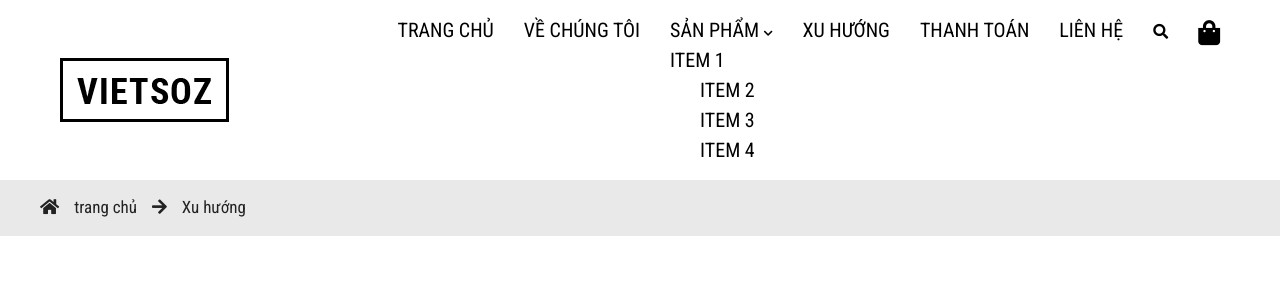
Repository: vinhtk0209/Vietsoz-reponsive
Page: index.html
These files come from the project's save history. The page is drawn as it stood at one moment and after a run of saves; the edit follows.
The browser window is 1280 px wide. The pictures show the whole page.

Above is the page before, as saved 2021-10-23 17:05:52.

### index.html
<!DOCTYPE html>
<html lang="en">
  <head>
    <meta charset="UTF-8" />
    <meta http-equiv="X-UA-Compatible" content="IE=edge" />
    <meta name="viewport" content="width=device-width, initial-scale=1.0" />
    <link rel="stylesheet" href="assets/css/reset.css" />
    <link rel="stylesheet" href="assets/css/global.css" />
    <link rel="stylesheet" href="assets/css/main.css" />
    <link rel="stylesheet" href="assets/fontawesome/css/all.css" />
    <link rel="stylesheet" href="assets/css/reponsive.css">
    <link rel="preconnect" href="https://fonts.googleapis.com" />
    <link rel="preconnect" href="https://fonts.gstatic.com" crossorigin />
    <link
      href="https://fonts.googleapis.com/css2?family=Roboto:ital,wght@0,100;0,300;0,400;0,500;0,700;0,900;1,100;1,300;1,400;1,500;1,700;1,900&display=swap"
      rel="stylesheet"
    />
    <link rel="preconnect" href="https://fonts.googleapis.com" />
    <link rel="preconnect" href="https://fonts.gstatic.com" crossorigin />
    <link
      href="https://fonts.googleapis.com/css2?family=Roboto+Condensed:ital,wght@0,300;0,400;0,700;1,300;1,400;1,700&display=swap"
      rel="stylesheet"
    />
    <div id="fb-root"></div>
    <script
      async
      defer
      crossorigin="anonymous"
      src="https://connect.facebook.net/vi_VN/sdk.js#xfbml=1&version=v11.0"
      nonce="ecJjSUD8"
    ></script>
    <title>VIESOZ</title>
  </head>

  <body>
    <!-- wrapper starts -->
    <div class="wrapper">
      <!-- header starts -->
      <header class="header">
        <div class="container">
          <div
            class="wp-header-top d-flex align-i-center justify-content-between"
          >
            <div class="header-banner">
              <img src="assets/images/logo.png" alt="" />
            </div>
            <nav class="header-main-menu">
              <ul class="d-flex main-menu">
                <li><a href="">trang chủ</a></li>
                <li><a href="">về chúng tôi</a></li>
                <li class="product-have-menu">
                  <a href=""
                    >sản phẩm
                    <span class="arrow-down"
                      ><i class="fas fa-chevron-down"></i></span
                  ></a>
                  <ul class="sub-meu">
                    <li><a href="">Item 1</a></li>
                    <li><a href="">Item 2</a></li>
                    <li><a href="">Item 3</a></li>
                    <li><a href="">Item 4</a></li>
                  </ul>
                </li>
                <li><a href="">xu hướng</a></li>
                <li><a href="">thanh toán</a></li>
                <li><a href="">liên hệ</a></li>
                <li>
                  <a href=""
                    ><span class="search"><i class="fas fa-search"></i></span
                  ></a>
                </li>
                <li>
                  <a href="" class="shopping-cart"
                    ><span class="icon-cart"
                      ><i class="fas fa-shopping-bag"></i></span
                  ></a>
                </li>
              </ul>
            </nav>
          </div>
        </div>
        <div class="wp-head-extra-menu">
          <ul class="list-menu-header-extra d-flex container">
            <li>
              <a href="">
                <span class="home-icon">
                  <i class="fas fa-home"></i>
                </span>
              </a>
            </li>

            <li class="home-text">
              <a href="">trang chủ</a>
            </li>
            <li>
              <a href="">
                <span class="arrow-righ">
                  <i class="fas fa-arrow-right"></i>
                </span>
              </a>
            </li>
            <li class="trend">
              <a href="">Xu hướng</a>
            </li>
          </ul>
        </div>

      </header>
      <!-- header ends -->

      <!-- content starts -->
      <!-- wp-content starts -->


      <!-- wp-content ends -->

      <!-- sidebar starts -->


      <!-- sidebar ends -->

      <!-- content ends -->

    </div>
    <!-- wrapper ends -->
  </body>
</html>

### assets/css/reset.css
/*
 * Bootstrap Reboot v4.3.1 (https://getbootstrap.com/)
 * Copyright 2011-2019 The Bootstrap Authors
 * Copyright 2011-2019 Twitter, Inc.
 * Licensed under MIT (https://github.com/twbs/bootstrap/blob/master/LICENSE)
 * Forked from Normalize.css, licensed MIT (https://github.com/necolas/normalize.css/blob/master/LICENSE.md)
 */

*,
*::before,
*::after {
    box-sizing: border-box;
}

html {
    font-family: sans-serif;
    line-height: 1.15;
    -webkit-text-size-adjust: 100%;
    -webkit-tap-highlight-color: rgba(0, 0, 0, 0);
}

article,
aside,
figcaption,
figure,
footer,
header,
hgroup,
main,
nav,
section {
    display: block;
}

body {
    margin: 0;
    font-family: -apple-system, BlinkMacSystemFont, "Segoe UI", Roboto, "Helvetica Neue", Arial, "Noto Sans", sans-serif, "Apple Color Emoji", "Segoe UI Emoji", "Segoe UI Symbol", "Noto Color Emoji";
    font-size: 1rem;
    font-weight: 400;
    line-height: 1.5;
    color: #212529;
    text-align: left;
    background-color: #fff;
}

[tabindex="-1"]:focus {
    outline: 0 !important;
}

hr {
    box-sizing: content-box;
    height: 0;
    overflow: visible;
}

h1,
h2,
h3,
h4,
h5,
h6 {
    margin-top: 0;
    margin-bottom: 0.5rem;
}

p {
    margin-top: 0;
    margin-bottom: 1rem;
}

abbr[title],
abbr[data-original-title] {
    text-decoration: underline;
    -webkit-text-decoration: underline dotted;
    text-decoration: underline dotted;
    cursor: help;
    border-bottom: 0;
    -webkit-text-decoration-skip-ink: none;
    text-decoration-skip-ink: none;
}

address {
    margin-bottom: 1rem;
    font-style: normal;
    line-height: inherit;
}

ol,
ul,
dl {
    margin-top: 0;
    margin-bottom: 1rem;
}

ol ol,
ul ul,
ol ul,
ul ol {
    margin-bottom: 0;
}

dt {
    font-weight: 700;
}

dd {
    margin-bottom: .5rem;
    margin-left: 0;
}

blockquote {
    margin: 0 0 1rem;
}

b,
strong {
    font-weight: bolder;
}

small {
    font-size: 80%;
}

sub,
sup {
    position: relative;
    font-size: 75%;
    line-height: 0;
    vertical-align: baseline;
}

sub {
    bottom: -.25em;
}

sup {
    top: -.5em;
}

a {
    color: #007bff;
    text-decoration: none;
    background-color: transparent;
}

a:hover {
    color: #0056b3;
    text-decoration: underline;
}

a:not([href]):not([tabindex]) {
    color: inherit;
    text-decoration: none;
}

a:not([href]):not([tabindex]):hover,
a:not([href]):not([tabindex]):focus {
    color: inherit;
    text-decoration: none;
}

a:not([href]):not([tabindex]):focus {
    outline: 0;
}

pre,
code,
kbd,
samp {
    font-family: SFMono-Regular, Menlo, Monaco, Consolas, "Liberation Mono", "Courier New", monospace;
    font-size: 1em;
}

pre {
    margin-top: 0;
    margin-bottom: 1rem;
    overflow: auto;
}

figure {
    margin: 0 0 1rem;
}

img {
    vertical-align: middle;
    border-style: none;
}

svg {
    overflow: hidden;
    vertical-align: middle;
}

table {
    border-collapse: collapse;
}

caption {
    padding-top: 0.75rem;
    padding-bottom: 0.75rem;
    color: #6c757d;
    text-align: left;
    caption-side: bottom;
}

th {
    text-align: inherit;
}

label {
    display: inline-block;
    margin-bottom: 0.5rem;
}

button {
    border-radius: 0;
}

button:focus {
    outline: 1px dotted;
    outline: 5px auto -webkit-focus-ring-color;
}

input,
button,
select,
optgroup,
textarea {
    margin: 0;
    font-family: inherit;
    font-size: inherit;
    line-height: inherit;
}

button,
input {
    overflow: visible;
}

button,
select {
    text-transform: none;
}

select {
    word-wrap: normal;
}

button,
[type="button"],
[type="reset"],
[type="submit"] {
    -webkit-appearance: button;
}

button:not(:disabled),
[type="button"]:not(:disabled),
[type="reset"]:not(:disabled),
[type="submit"]:not(:disabled) {
    cursor: pointer;
}

button::-moz-focus-inner,
[type="button"]::-moz-focus-inner,
[type="reset"]::-moz-focus-inner,
[type="submit"]::-moz-focus-inner {
    padding: 0;
    border-style: none;
}

input[type="radio"],
input[type="checkbox"] {
    box-sizing: border-box;
    padding: 0;
}

input[type="date"],
input[type="time"],
input[type="datetime-local"],
input[type="month"] {
    -webkit-appearance: listbox;
}

textarea {
    overflow: auto;
    resize: vertical;
}

fieldset {
    min-width: 0;
    padding: 0;
    margin: 0;
    border: 0;
}

legend {
    display: block;
    width: 100%;
    max-width: 100%;
    padding: 0;
    margin-bottom: .5rem;
    font-size: 1.5rem;
    line-height: inherit;
    color: inherit;
    white-space: normal;
}

progress {
    vertical-align: baseline;
}

[type="number"]::-webkit-inner-spin-button,
[type="number"]::-webkit-outer-spin-button {
    height: auto;
}

[type="search"] {
    outline-offset: -2px;
    -webkit-appearance: none;
}

[type="search"]::-webkit-search-decoration {
    -webkit-appearance: none;
}

::-webkit-file-upload-button {
    font: inherit;
    -webkit-appearance: button;
}

output {
    display: inline-block;
}

summary {
    display: list-item;
    cursor: pointer;
}

template {
    display: none;
}

[hidden] {
    display: none !important;
}


/*# sourceMappingURL=bootstrap-reboot.css.map */

### assets/css/global.css
/* .text-center{
    text-align: center;
}
.text-left{
    text-align: left;
}
.text-right{
    text-align: right;
}
.float-left{
    float:left;

}
.float-right{
    float:right;
}
.container{
    width:1150px;
    margin:0px auto;


}
.flex-space{
    display:flex;
    justify-content:space-between;
}
.align-i-center{
    align-items: center;
}
.mg-top-30{
    margin-top: 30px;
}
.mg-top-22{
    margin-top: 22px;
}
.d-flex{
    display:flex;
}
.bg-black{

    background-color: #131619;
}
.pt-10{
    padding-top: 10px;
} */
.container {
    max-width: 1200px;

    margin: 0px auto;
    /* display:flex; */

}

.justify-content-between {
    justify-content: space-between;
}

.d-flex {
    display: flex;
}

.jus-between {
    justify-content: space-between;
}

.align-i-center {
    align-items: center;
}

.mg-bottom-80 {
    margin-bottom: 80px;
}

.fl-basics-30 {
    flex-basis: 30%;
}

.pd-top-40 {
    padding-top: 40px;
}
.pd-top-10{
    padding-top:10px;
}
.text-center {
    text-align: center;
}

### assets/css/main.css
* {
    margin: 0;
    padding: 0;
}

body {
    /* font-family: 'Roboto', sans-serif; */
    line-height: 1.5;
}

ul {
    list-style-type: none;
    margin-bottom: 0px;
}

p,
h1,
h2,
h4 {
    margin-bottom: 0px;
}

.header {
    font-family: 'Roboto Condensed', sans-serif;
    margin-bottom: 45px;
    padding:15px 0;
   position: relative;

}

.wp-header-top {
    width: 100%;
    /* display:flex; */
    /* min-height: 110px; */
    margin-bottom: 15px;
    padding:0 20px;
}

.header-main-menu ul li:not(:first-child) {
    padding-left: 30px;
}
ul.sub-menu{
    display:flex;
}
.header-main-menu ul li a {
    text-decoration: none;

    font-size: 20px;
    text-transform: uppercase;
    font-weight: 400;
    color: #000000;

}

.header-main-menu ul li a span.arrow-down {
    font-size: 10px;
}

.header-main-menu ul li a span.search {
    font-size: 15px;
}

.header-main-menu ul li a span.icon-cart {
    font-size: 25px;
}




.wp-head-extra-menu {
    background-color: #e9e9e9;
    min-height: 50px;
    padding:0 20px;
}

ul.list-menu-header-extra li:not(:first-child) {
    padding-left: 15px;
}

ul.list-menu-header-extra li {
    padding: 15px 0px;

}

ul.list-menu-header-extra {
    margin-bottom: 0px;
}

ul.list-menu-header-extra li a {
    text-decoration: none;
    font-size: 17px;
    color: #222222;
    font-weight: 400;
    box-sizing: border-box;
}


#content {
    font-family: 'Roboto', sans-serif;
}

.wp-content-news {
    max-width: 820px;

}

.wp-content-news ul.list-news li {
    display: flex;
    min-height: 227px;
    padding-bottom: 15px;
    border-bottom: 1px solid #a69e9e;
    margin-bottom: 20px;
    overflow: hidden;
}

.wp-content-news ul.list-news li:last-child {
    border: none;

}
.wp-content-news ul.list-news .image-news a{
    display:block;
    transition:transform 1s;

}
.wp-content-news ul.list-news .image-news a:hover{
    transform: scale(1.05);
}
.wp-content-news ul.list-news li .more-info a.title {
    padding-bottom: 15px;
    font-size: 24px;
    font-weight: 500;
    color: #333333;
    text-decoration: none;
}

.wp-content-news ul.list-news li .more-info p.date {
    font-size: 13px;
    color: #a69e9e;
    font-weight: 300;
}

.wp-content-news ul.list-news li .more-info p.content {
    padding-top: 25px;
    font-size: 14px;
    font-weight: 400;
    margin-bottom: 0px;
    color: #777777;

}

.wp-content-news ul.list-news li {
    font-weight: 400;
}

.wp-content-news ul.list-news li a {
    text-decoration: none;
}

.wp-content-news ul.list-news li .more-info {
    padding-left: 15px;

}

.wp-content-news .pages-num li:first-child {
    margin-right: 12px;
    font-size: 14px;
    text-transform: capitalize;

}

.wp-content-news .pages-num a {
    text-decoration: none;
}

.wp-content-news .pages-num li:not(:first-child) {
    margin-left: 7px;
    font-size: 13px;
    padding: 5px 12px;
    border: 1px solid #e9e9e9;
    transition: all 0.5s;

}

.wp-content-news .pages-num li:not(:first-child):hover {
    background-color: #272727;

}

.wp-content-news .pages-num li:not(:first-child):hover a {
    color: #ffffff;
}

.wp-content-news .pages-num li:not(:first-child) a {
    color: #0b0b0b;
}

.wp-content-list-caterory {
    /* padding-left: 90px; */
    font-weight: bold;
    max-width: 310px;
}

.wp-content-list-caterory .box-caterory {
    margin-bottom: 50px;
}

.wp-content-list-caterory .box-caterory .box-title {
    padding-top: 20px;
    padding-bottom: 20px;
    padding-left: 25px;
    background-color: #283943;
    color: #ffffff;


}

.wp-content-list-caterory .box-caterory .box-title h3 {
    margin-bottom: 0;
    font-size: 21px;

    text-transform: uppercase;

}

.wp-content-list-caterory .box-caterory .box-body ul {
    padding-left: 25px;
    padding-top: 20px;
    padding-bottom: 20px;
    padding-right: 15px;
    border: 1px solid #a69e9e;

}

.wp-content-list-caterory .box-caterory .box-body ul li {
    border-bottom: 1px solid #a69e9e;
    padding-bottom: 10px;


}

.box-caterory .box-body ul li:not(:first-child) {
    margin-top: 10px;

}

.box-caterory .box-body ul li a span.arrow-right {
    float: right;

}

.wp-content-list-caterory .box-caterory .box-body ul li a {
    text-decoration: none;
    color: #333333;
    text-transform: uppercase;
    font-size: 14px;
    transition: all 0.5s;
}

.box-caterory .box-body ul li:hover a {
    color: #d5be00;
}

.box-caterory .box-body ul li:hover {
    border-bottom: 1px solid #d5be00;
}

.box-banner {
    margin-bottom: 45px;
}


.list-product {
    border: 1px solid #a69e9e;

}

.list-product ul li {
    display: flex;
}

.list-product ul li a.title {
    font-size: 14px;
    text-decoration: none;
}

.wp-content-list-caterory .box-product {
    font-weight: 500;
}

.wp-content-list-caterory .box-product .box-title {
    padding-top: 20px;
    padding-bottom: 20px;
    padding-left: 25px;
    background-color: #283943;
    color: #ffffff;
    text-transform: uppercase;
}

.box-product {}

.box-product .box-body ul {
    padding: 10px 15px;
}

.box-product .box-body ul li {
    border-bottom: 1px solid #a69e9e;
    padding-bottom: 20px;
    margin-bottom: 10px;
}

.box-product .box-body ul li:last-child {
    border: none;
}

.box-product .box-body .image-product {
    margin-right: 10px;
}

.box-product .box-body .info-product a.title {
    color: #272727;
    font-size: 14px;
    padding-bottom: 15px;
    display: block;
}

.box-product .box-body .info-product p {
    padding-bottom: 4px;
    display: block;
}

.box-product .box-body .info-product p.price:not(span.discount) {
    font-size: 15px;
    color: #d40707;
    padding-right: 8px;
}

.box-product .box-body .info-product span.discount {
    font-size: 12px;
    color: #909090;
}

.box-product .box-body .info-product a.details {
    font-size: 13px;
    color: #00708c;
    text-decoration: underline;
    /* margin:0; */
}

.box-product .box-body .info-product span.buy-arrow-right {
    padding-left: 2px;
}

.footer {
    background-color: #1b1b1b;
    min-height: 410px;
    padding-top: 70px;
    color: #ffffff;
    font-size: 16px;
    font-weight: 300;
}

.footer a {
    text-decoration: none;
    color: #ffffff;
}
.footer h3{
    font-size: 28px;
    text-transform: uppercase;
}
.footer ul {
    list-style: circle;
}
.footer ul.footer-caterory li:not(:first-child){
    padding-top:15px;

}
.footer ul.footer-seller li:not(:first-child){
    padding-top:15px;
}
.footer .footer-facebook{
    padding-top:90px;
}
.copyright{
    min-height: 50px;
    background-color:#ffffff;
}

/* .footer .box-body ul.footer-caterory{
    list-style:  circle;
}


} */

Loaded but not shown: assets/fontawesome/css/all.css (library); assets/css/reponsive.css (no copy from this time; the picture is the same without it)

After the next 2 saves:
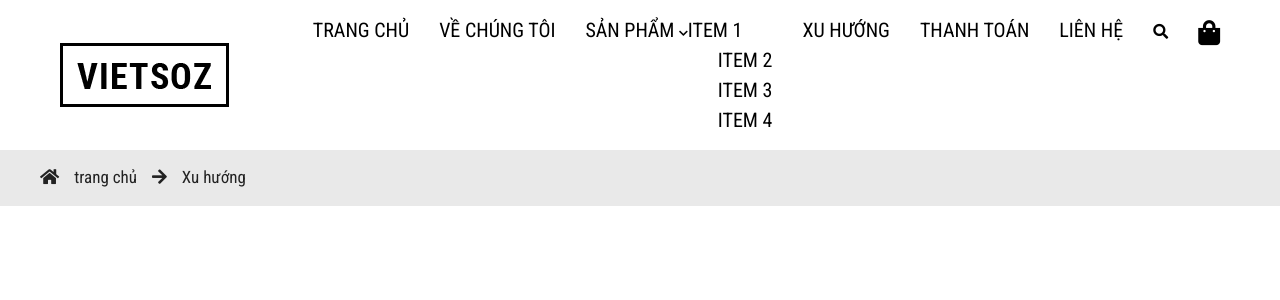
The 2 saves are shown as one change because they came seconds apart.
The last was saved 7 s later.
--- a/index.html
+++ b/index.html
@@ -54,13 +54,14 @@
                     <span class="arrow-down"
                       ><i class="fas fa-chevron-down"></i></span
                   ></a>
-                  <ul class="sub-meu">
-                    <li><a href="">Item 1</a></li>
-                    <li><a href="">Item 2</a></li>
-                    <li><a href="">Item 3</a></li>
-                    <li><a href="">Item 4</a></li>
-                  </ul>
+
                 </li>
+                <ul class="sub-meu">
+                  <li><a href="">Item 1</a></li>
+                  <li><a href="">Item 2</a></li>
+                  <li><a href="">Item 3</a></li>
+                  <li><a href="">Item 4</a></li>
+                </ul>
                 <li><a href="">xu hướng</a></li>
                 <li><a href="">thanh toán</a></li>
                 <li><a href="">liên hệ</a></li>
